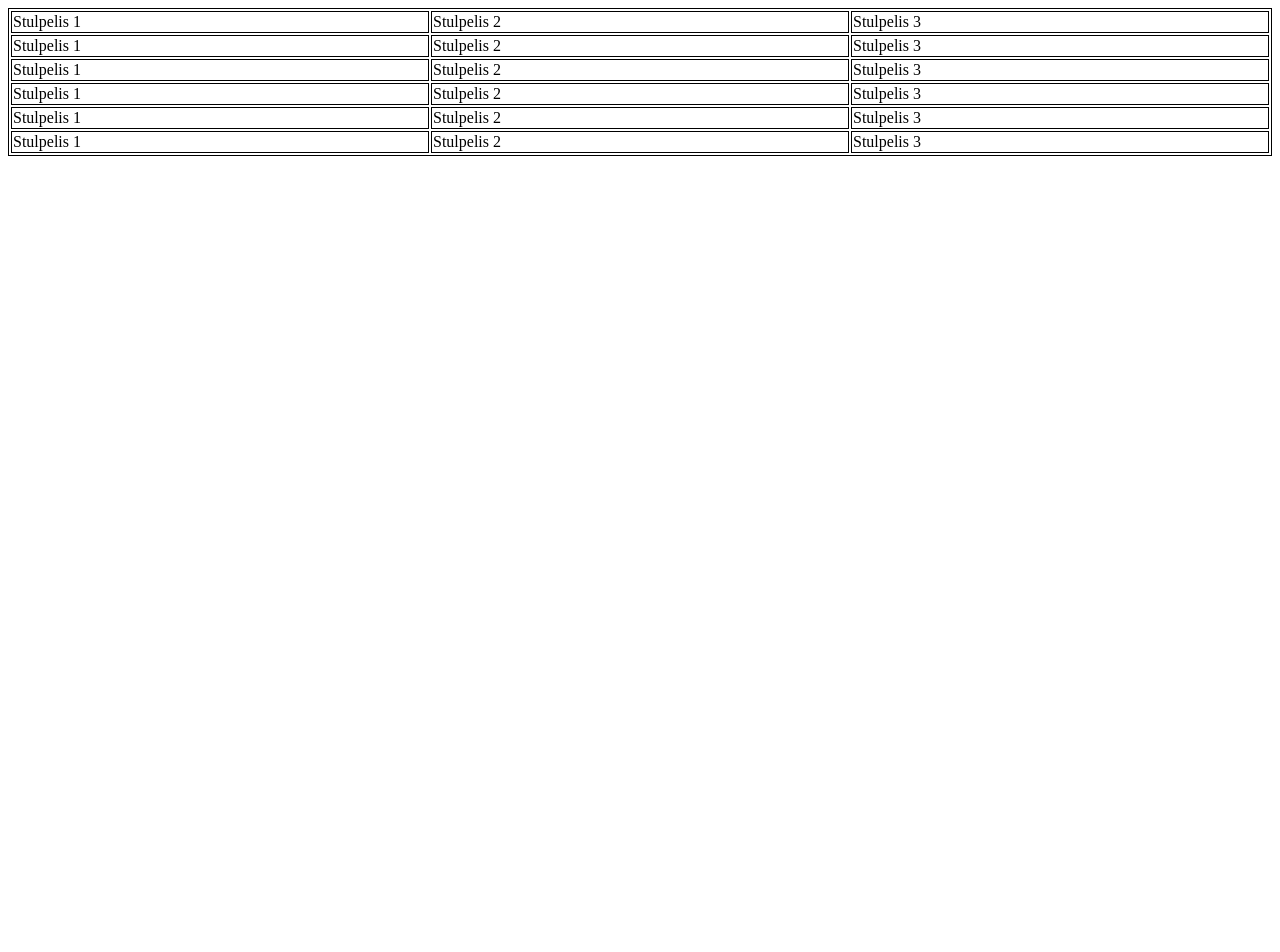
Repository: motiejus1/10-paskaita-05.31
Page: index.html
An editor plug-in stored every save of this project. The page is shown before and after the next save, followed by the edit.
The browser window is 1280 px wide. The pictures show the part of the page from y = 0 to 952 px (the page is 3164 px tall before and 3188 px after).
Backgrounds fixed to the window are drawn as part of the page.

Above is the page before, as saved 2021-06-16 19:46:18.

### index.html
<!DOCTYPE html>
<html lang="en">
<head>
    <meta charset="UTF-8">
    <meta http-equiv="X-UA-Compatible" content="IE=edge">
    <meta name="viewport" content="width=device-width, initial-scale=1.0">
    <title>10 paskaita</title>

    <style>
        .container {
            width: 100%;
            height: 1800px;
        }


        /* Fono spalvos */

        .fonas-spalva {
            background-color: green;
            opacity: 0.7;
        }

        .fonas {
            background-color: #657AD3;
            opacity: 0.7;
        }

        .fonas-rgb {
            background-color:rgb(101, 122, 211);
            opacity: 0.7;
        }

        .fonas-rgba {
            background-color:rgba(101, 122, 211, 0.7);
        }

        /* Paveiksliukas kaip fonas */
        .paveiksliukas {
            height: 100%;
            background-image: url("https://images.unsplash.com/photo-1593642531955-b62e17bdaa9c?ixid=MnwxMjA3fDF8MHxwaG90by1wYWdlfHx8fGVufDB8fHx8&ixlib=rb-1.2.1&auto=format&fit=crop&w=750&q=80");
            background-color:grey;
            background-repeat: no-repeat;
            opacity: 0.7;
            background-attachment: fixed;
            /* background-position: 5px 5px; */
            /* background-position: center center; */
            /* background-size: 100% 100%; */
            /* background-size: contain; background-size: 100% */
            /* background-size: cover; */


        }

        table {
            border: 1px solid black;
            margin-bottom: 1200px;
            width: 100%;
        }

        td {
            border: 1px solid black;
        }

    </style>
</head>
<body>

    <table>
        <tr>
            <td>Stulpelis 1</td>
            <td>Stulpelis 2</td>
            <td>Stulpelis 3</td>
        </tr>
        <tr>
            <td>Stulpelis 1</td>
            <td>Stulpelis 2</td>
            <td>Stulpelis 3</td>
        </tr>
        <tr>
            <td>Stulpelis 1</td>
            <td>Stulpelis 2</td>
            <td>Stulpelis 3</td>
        </tr>
        <tr>
            <td>Stulpelis 1</td>
            <td>Stulpelis 2</td>
            <td>Stulpelis 3</td>
        </tr>
        <tr>
            <td>Stulpelis 1</td>
            <td>Stulpelis 2</td>
            <td>Stulpelis 3</td>
        </tr>
        <tr>
            <td>Stulpelis 1</td>
            <td>Stulpelis 2</td>
            <td>Stulpelis 3</td>
        </tr>
    </table>

    <div class="container fonas-rgba">
        <div class="paveiksliukas">
            Tekstas
        </div>
    </div>
</body>
</html>

After the next save:
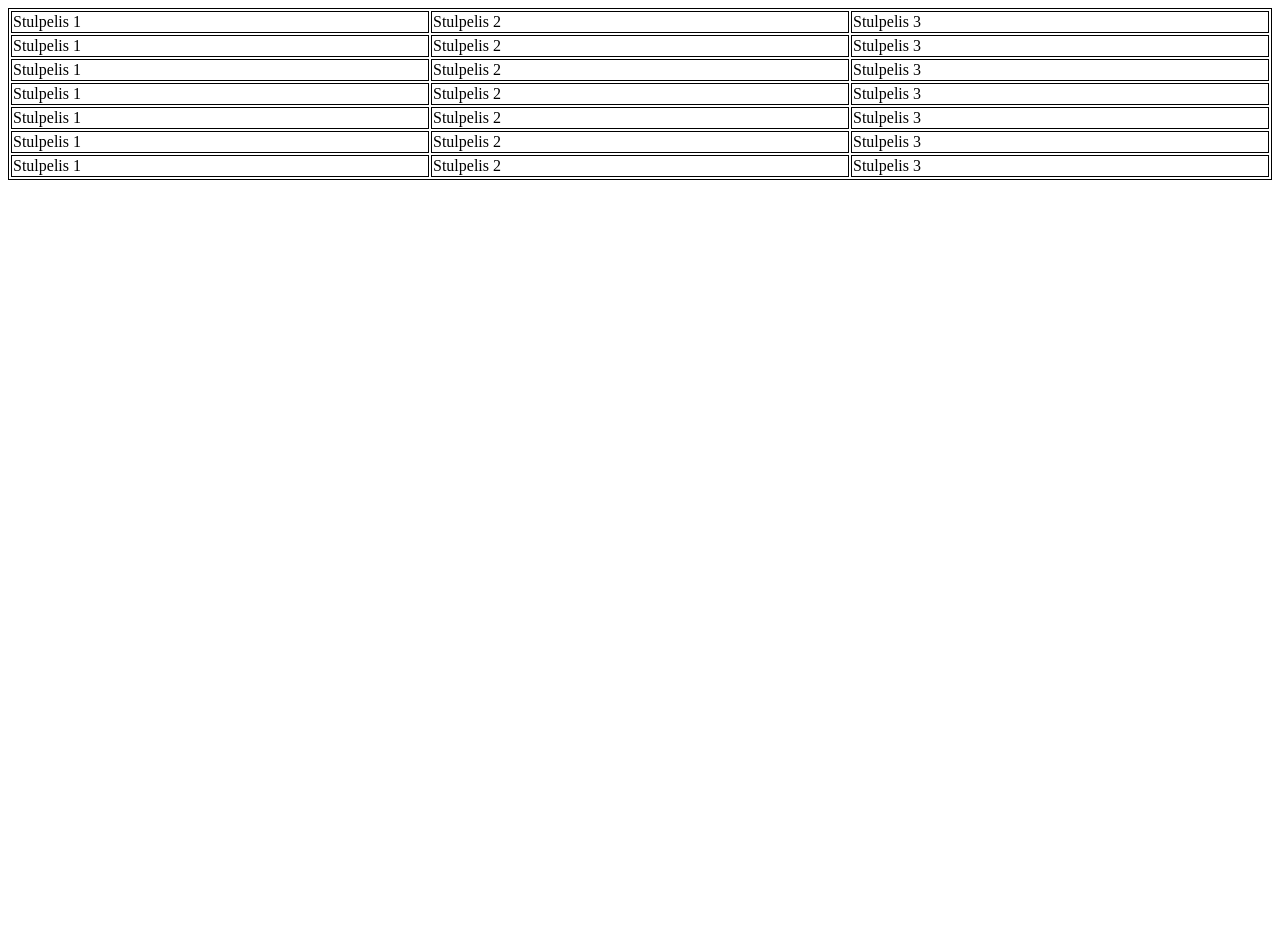
Saved 70 s later.
--- a/index.html
+++ b/index.html
@@ -96,6 +96,11 @@
             <td>Stulpelis 2</td>
             <td>Stulpelis 3</td>
         </tr>
+        <tr>
+            <td>Stulpelis 1</td>
+            <td>Stulpelis 2</td>
+            <td>Stulpelis 3</td>
+        </tr>
     </table>
 
     <div class="container fonas-rgba">
